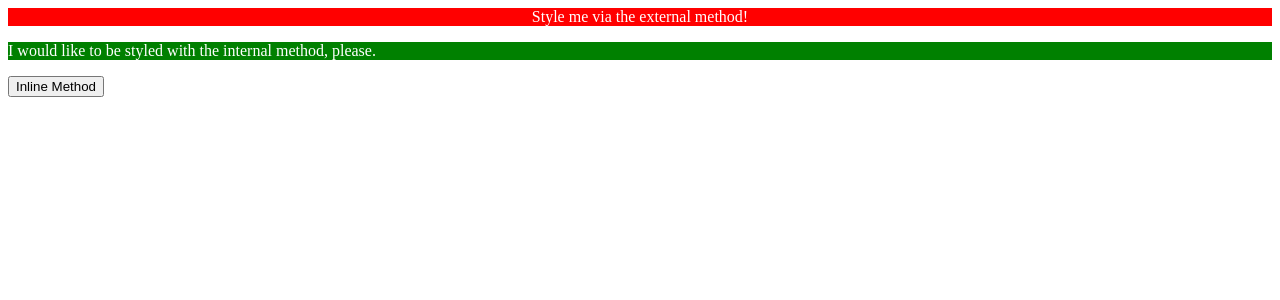
Repository: tranqn/css-exercises
Page: foundations/intro-to-css/01-css-methods/index.html
An editor plug-in stored every save of this project. The page is shown before and after the next save, followed by the edit.
The browser window is 1280 px wide. The pictures show the whole page.

Above is the page before, as saved 2025-06-05 21:05:35.

### foundations/intro-to-css/01-css-methods/index.html
<!DOCTYPE html>
<html lang="en">
  <head>
    <meta charset="UTF-8">
    <meta http-equiv="X-UA-Compatible" content="IE=edge">
    <meta name="viewport" content="width=device-width, initial-scale=1.0">
    <title>Methods for Adding CSS</title>
    <link href="style.css" rel="stylesheet">
    <style>
      p {
        color: white;
        background-color: green;
      }
    </style>
  </head>
  <body>
    <div>Style me via the external method!</div>
    <p>I would like to be styled with the internal method, please.</p>
    <button background-color: orange>Inline Method</button>
  </body>
</html>

### foundations/intro-to-css/01-css-methods/style.css
div {
    color: white;
    background-color: red;
    text-align: center;
}

After the next save:
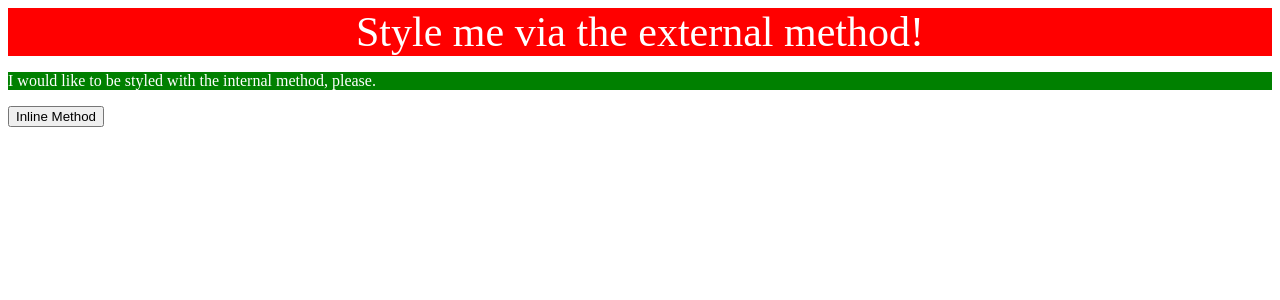
Saved 51 s later.
--- a/foundations/intro-to-css/01-css-methods/style.css
+++ b/foundations/intro-to-css/01-css-methods/style.css
@@ -2,4 +2,5 @@
     color: white;
     background-color: red;
     text-align: center;
+    font-size: 42px;
 }
